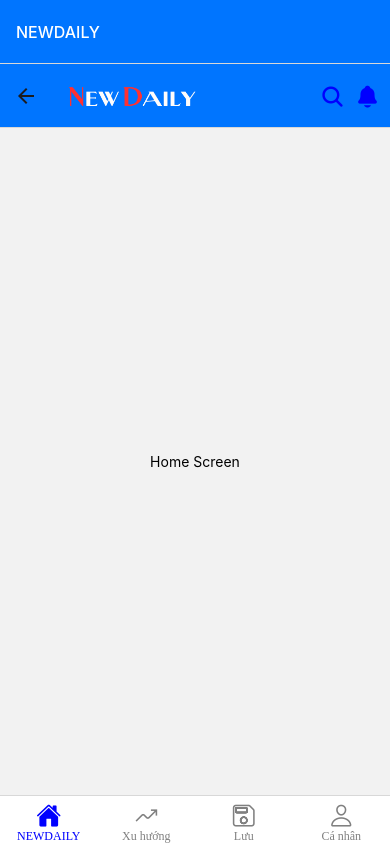
Repository: Quynhhuong150322/New_Daily
Screen: /BottomTab
An editor plug-in stored every save of this project. The screen is shown before and after the next save, followed by the edit.
The app was drawn by React Native's web renderer in a window 390 px wide. The project was rebuilt for these pictures with package versions that can differ from the ones it lists, and the page was loaded fresh each time. Also part of the build but not shown: firebase.js, screens/Login.js, screens/Signup.js, screens/Trending.js, screens/Save.js, components/Divider.js, components/Tab.js, screens/Profile.js and 4 more.

Above is the screen before, as saved 2023-12-20 06:14:07.

After the next save:
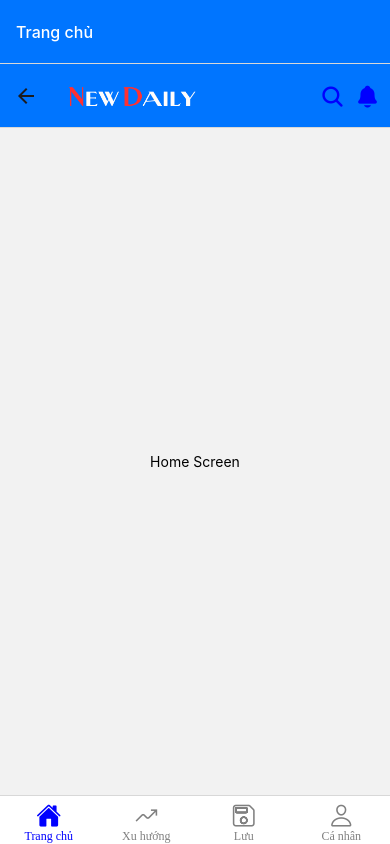
Saved 13 s later.
--- a/screens/ButtomTab.js
+++ b/screens/ButtomTab.js
@@ -39,7 +39,7 @@
         >
             <Tab.Screen name="Trang chủ" component={Home}
                 options={{
-                    title: 'NEWDAILY',
+                    // title: 'NEWDAILY',
                     headerStyle: {
                     backgroundColor: '#0075FF',
 

After the save that followed:
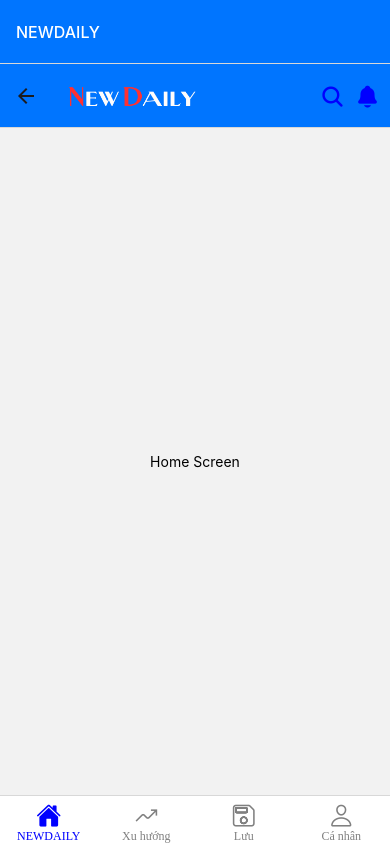
Saved 4 s later.
--- a/screens/ButtomTab.js
+++ b/screens/ButtomTab.js
@@ -39,7 +39,7 @@
         >
             <Tab.Screen name="Trang chủ" component={Home}
                 options={{
-                    // title: 'NEWDAILY',
+                    title: 'NEWDAILY',
                     headerStyle: {
                     backgroundColor: '#0075FF',
 
